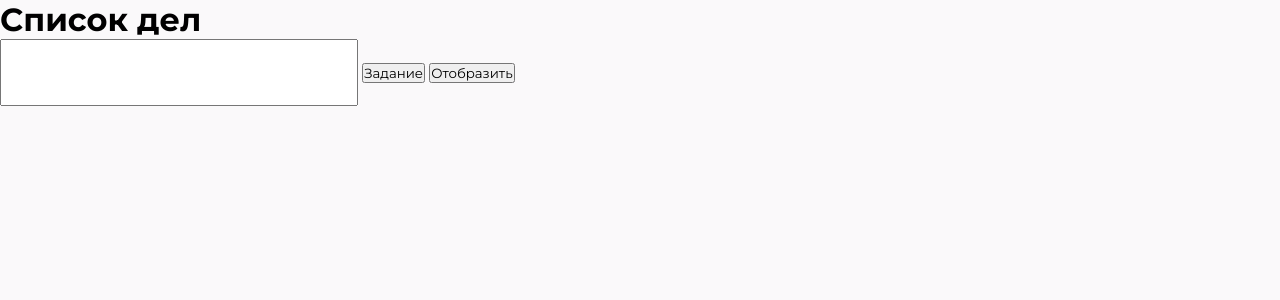
Repository: andbaik/it_unit9
Page: index.html
An editor plug-in stored every save of this project. The page is shown before and after the next save, followed by the edit.
The browser window is 1280 px wide. The pictures show the whole page.

Above is the page before, as saved 2021-04-06 21:49:11.

After the next save:
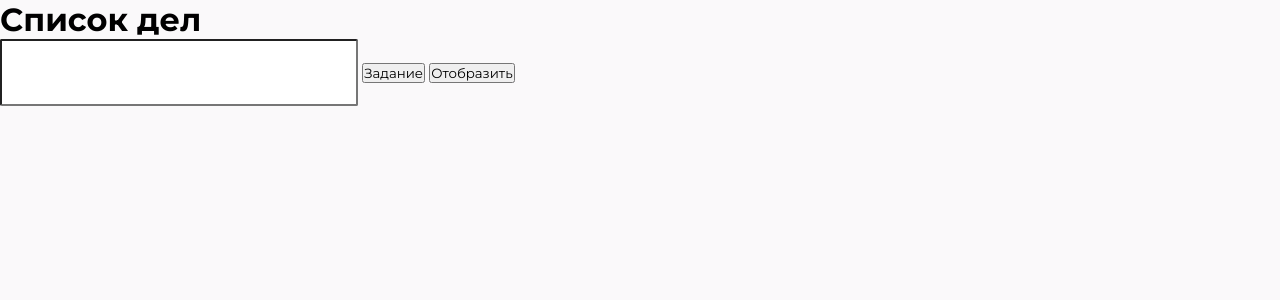
Saved 10 s later.
--- a/css/style.css
+++ b/css/style.css
@@ -14,7 +14,8 @@ background-color: #FAF9FA;
 input {
     width: 354px;
     height: 63px;
-    border-radius: ;
+    border-radius: 2px;
+
 }
 
 9B999B - border
